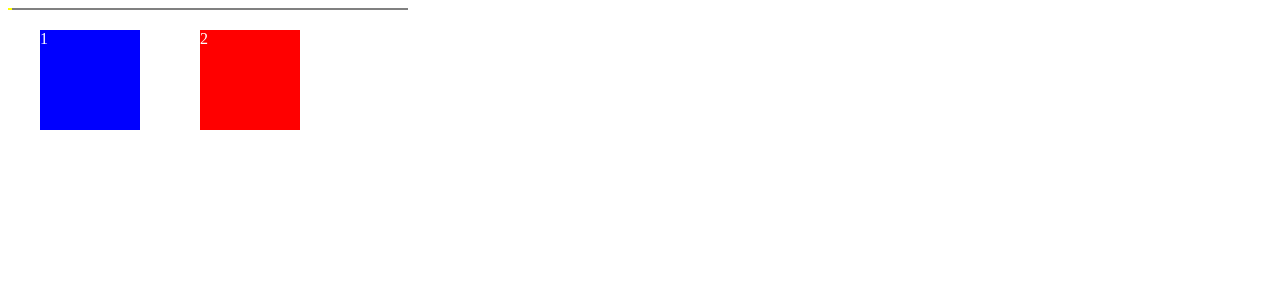
Repository: TaichiOzaki/1st_all
Page: html/css_intro_issue/index.html
The author's editor kept a record of every edit. The page is drawn from the files as they stood at one moment, then again after the next edit.
The browser window is 1280 px wide. The pictures show the whole page.

Above is the page before.

### html/css_intro_issue/index.html
<!DOCTYPE HTML>
<html>
<head>
  <meta charset="UTF-8" />
  <title>タイトル</title>
  <link rel="stylesheet" href="css/style.css">
</head>
  <body>
    <div class="container">
      <div>
      <button1>
      <div class="box1">1</div>
      </button>
      </div>
      <div>
      <button2>
      <div class="box2">2</div>
      </button2>
      </div>
    </div>
  </body>
</html>

### html/css_intro_issue/css/style.css
.container {
 background-color: gray;
 width: 400px;
}

.box1 {
  width: 100px;
  height: 100px;
  background-color: blue;
  color: #fff;
 position: absolute;
  top: 30px;
  left: 40px;

}

.box2 {
  width: 100px;
  height: 100px;
  background-color: red;
  color: #fff;
  position: absolute;
  top: 30px;
  left: 200px;




 }

button1 {
  border: 1px solid yellow;
 box-sizing: border-box;
padding: 0px 0px;
}

button2 {
  border: 1px solid yellow;
 box-sizing: border-box;
padding: 0px 0px;
}

div{
display: flex;
}

After the next edit:
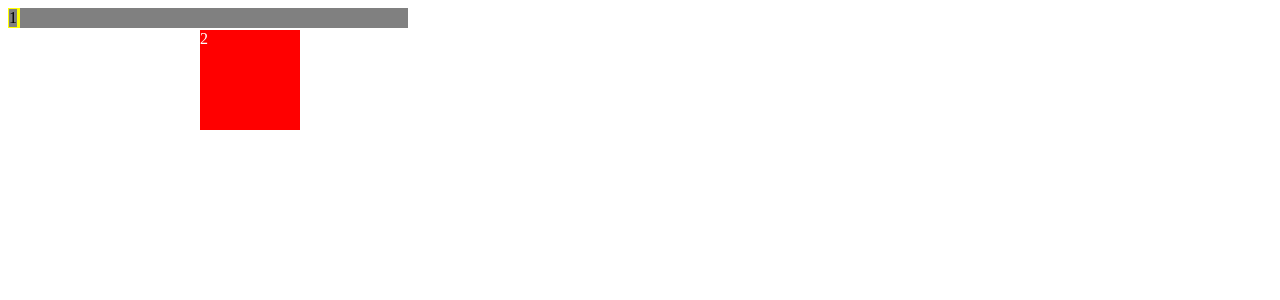
The edit:
--- a/html/css_intro_issue/index.html
+++ b/html/css_intro_issue/index.html
@@ -9,8 +9,8 @@
     <div class="container">
       <div>
       <button1>
-      <div class="box1">1</div>
-      </button>
+      <div class="boxblue">1</div>
+      </button2>
       </div>
       <div>
       <button2>
